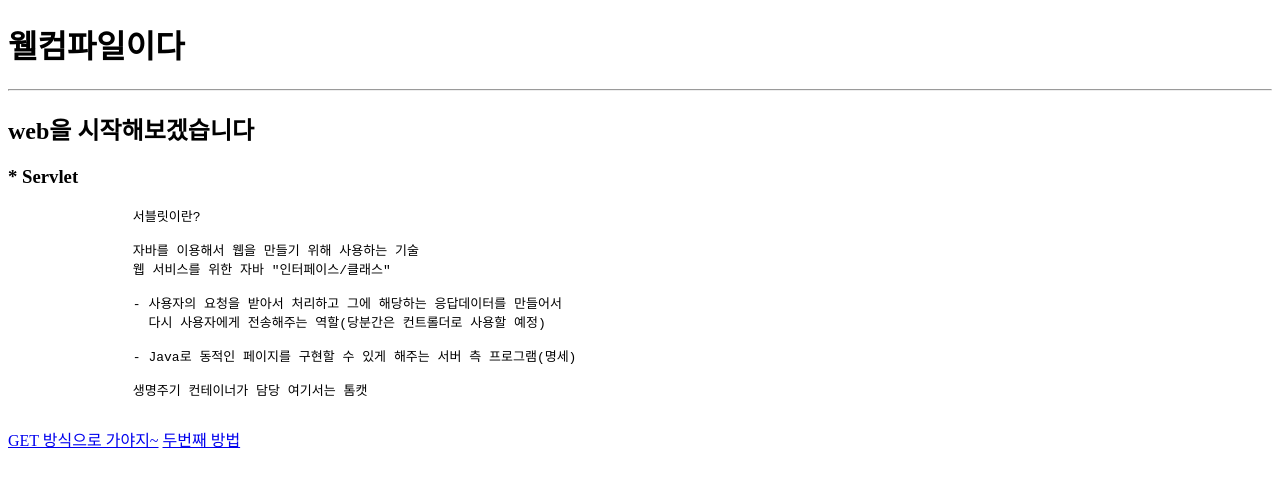
Repository: 1018lmh-hub/java_dynamic
Page: MyFirstWebProject/src/main/webapp/index.html
An editor plug-in stored every save of this project. The page is shown before and after the next save, followed by the edit.
The browser window is 1280 px wide. The pictures show the whole page.

Above is the page before, as saved 2026-05-04 08:15:20.

### MyFirstWebProject/src/main/webapp/index.html
<!DOCTYPE html>
<html>
<head>
<meta charset="UTF-8">
<title>HTML 이다~</title>
</head>
<body>
	<h1>웰컴파일이다</h1>

	<!--
		1) 새 워크스페이스 생성 후 이클립스로 열기

		2) 작업 환경 구성
			2-1) 보여질 화면요소를 구성

			2-2) 서버 실행환경 구성[Window - Preferences] (server - Runtime Environments)
			이클립스 창에서 자바를 실행할 수 있도록 실행환경을 연동하는 과정
			Add버튼 클릭 - > 설치한 ApacheTomcat과 동일한 버전을 선택 -> Next버튼 누르기
			- Browse버튼 클릭 - > 설치한 톰캣 폴더까지 이동(bin폴더가 보여야함) -> finish버튼 클릭
		3) 서버 생성하기[Servers]
			3_1) [Server] - [New] - [Server]

			3_2) 2_2번 작업을 하고 왔다면 기본적으로 Runtime이 잡혀잇음
			3_3) Finish 버튼 클릭
			3_4) 서버 세팅하기(만들어진 서버를 더블 클릭)
				3_4_1) 왼쪽 하단에 ServerOption 탭이 있음 -> Serve Module Publishing 체크박스를 체크
				=> 체크를 안하면 file upload / download 경로 지정이 운영체제 상 숨김폴더로 지정

				3_4_1) 포트번호 충돌을 방지하기 위해서 포트번호 재설정 -> 작업이 끝나면 반드시 저장

		4) Dynamic Web Project 만들기[Project Explorer - new]
			4_1) 프로젝트명 작성하기 - Next 버튼 클릭

			4_2) default output folder 경로 재설정 :
				src/main/webapp/WEB-INF/classes
			=> classes 폴더 안에 컴파일이 끝난 .class파일이 들어감
			WEB-INF 안에 만들어두지 않으면 외부에서 접근이 가능하기 때문에 보안상 취약하다
			- Next 버튼 클릭

			4-3) Context root : 애플리케이션의 고유한 별칭ㅇ으로 만들어줌(기본값 : 프로젝트 명)
			재정의 해서 쓰는 것이 일반적임 실제로 매우 자주 바뀜
			=> 하나의 서버로 여러개의 어플리케이션을 구동할 수 있음
			고유한 이름을 통해 애플리케이션에 요청을 보내는 경로로 사용할 수 있음

			content Directory : 실제 배포되는 폴더(서버에 올라가는 폴더)의 최상위 폴더명
			=> 건들지 않음

			Generate web.xml deployment descriptor : 기본적으로 체크 X
			=> 현재 애플리케이션의 정보를 담는 파일 = > 나는 죽었다 깨어나도 바꿀 일 없다면 => 안만들어도 무방
			Finish 버튼 클릭

	 -->


	 <hr>

	 <h2> web을 시작해보겠습니다</h2>

	 <h3>* Servlet</h3>

	 <pre>
	 	서블릿이란?

	 	자바를 이용해서 웹을 만들기 위해 사용하는 기술
	 	웹 서비스를 위한 자바 "인터페이스/클래스"

	 	- 사용자의 요청을 받아서 처리하고 그에 해당하는 응답데이터를 만들어서
	 	  다시 사용자에게 전송해주는 역할(당분간은 컨트롤더로 사용할 예정)

	 	- Java로 동적인 페이지를 구현할 수 있게 해주는 서버 측 프로그램(명세)

	 	생명주기 컨테이너가 담당 여기서는 톰캣
	 </pre>

	 <a href ="http://localhost:8088/first/views/request_get.html"> GET 방식으로 가야지~</a>
	 <a href = "views/request_get.html">두번째 방법</a>


	 <!--
	 	오늘 수업 시간에 활용했던 request_get.html 파일을 참고해서
	 	새롭게 html 및 a태그를 만들고
	 	사용자에게 form태그와 input 요소를 이용해서 값을 10개(다양한 형태의) 입력 받은 후
	 	서블릿을 새로 만들고 콘솔창에 요청 시 전달값을 출력해보기
	  -->


</body>
</html>

After the next save:
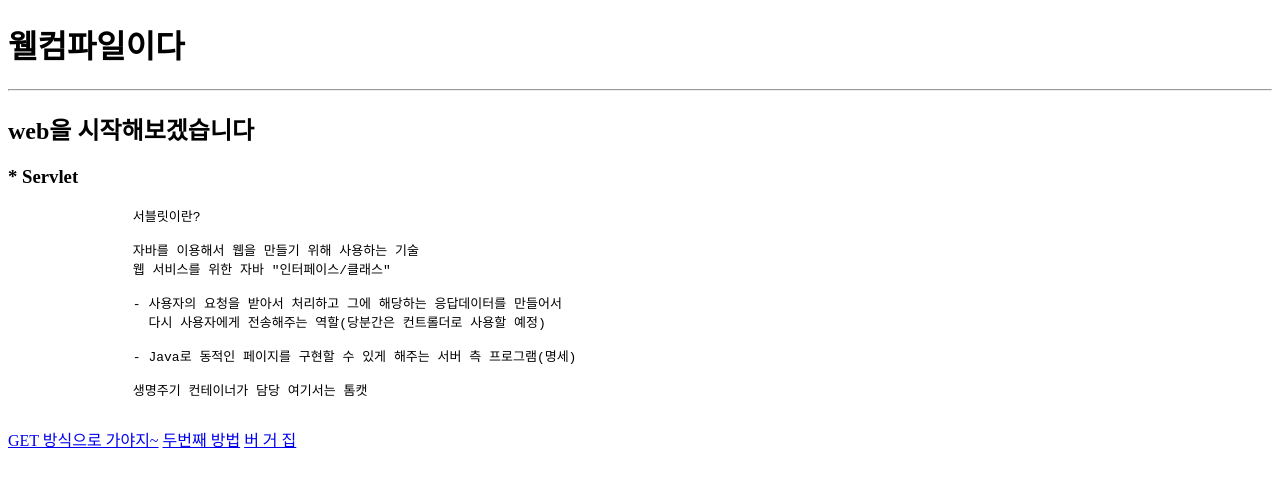
Saved 5 min 58 s later.
--- a/MyFirstWebProject/src/main/webapp/index.html
+++ b/MyFirstWebProject/src/main/webapp/index.html
@@ -75,12 +75,16 @@
 	 <a href ="http://localhost:8088/first/views/request_get.html"> GET 방식으로 가야지~</a>
 	 <a href = "views/request_get.html">두번째 방법</a>
 
+	 <a href ="http://localhost:8088/second/views/request_get.html"> 버 거 집</a>
+
 
 	 <!--
 	 	오늘 수업 시간에 활용했던 request_get.html 파일을 참고해서
 	 	새롭게 html 및 a태그를 만들고
 	 	사용자에게 form태그와 input 요소를 이용해서 값을 10개(다양한 형태의) 입력 받은 후
 	 	서블릿을 새로 만들고 콘솔창에 요청 시 전달값을 출력해보기
+
+	 	메뉴, 가격, 비건, 글루텐프리, 옵션, 수량, 번호표, 세트, 테이크아웃, 일회용기 사용
 	  -->
 
 
